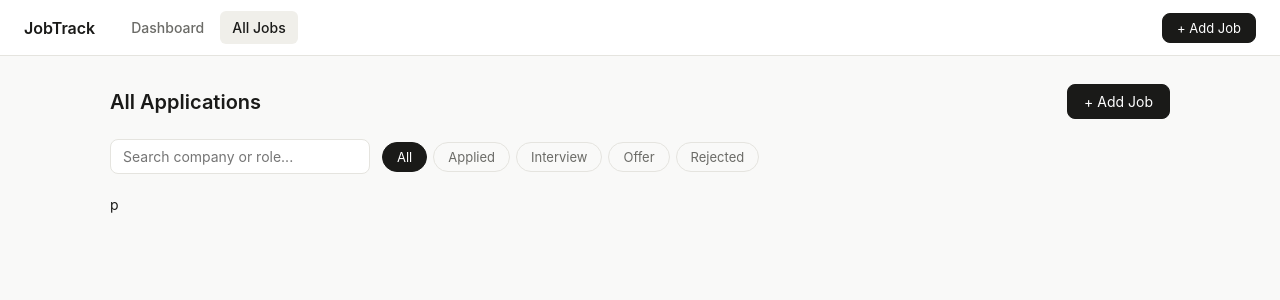
Repository: adtm0/jobtracker
Page: /jobs (app in frontend/)
The author's editor kept a copy of each file at every save. The page is drawn from the files as they stood at one save, then again after a run of saves.
The browser window is 1280 px wide. The pictures show the whole page.
The project was rebuilt for these pictures with package versions that can differ from the ones it lists, and the page was loaded fresh each time. Also part of the build but not shown: frontend/vite.config.js, frontend/src/pages/Login.jsx, frontend/src/pages/Register.jsx, frontend/src/pages/Dashboard.jsx, frontend/src/pages/JobForm.jsx.

Above is the page before, as saved 2026-04-19 20:20:43.

### frontend/src/main.jsx
import { StrictMode } from "react";
import React from "react";
import ReactDOM from 'react-dom/client'
import { BrowserRouter } from 'react-router-dom'
import { createRoot } from "react-dom/client";
import "./index.css";
import App from "./App.jsx";

createRoot(document.getElementById("root")).render(
  <StrictMode>
    <BrowserRouter>
      <App />
    </BrowserRouter>
  </StrictMode>,
);

### frontend/src/index.css
*, *::before, *::after {
  box-sizing: border-box;
  margin: 0;
  padding: 0;
}

body {
  font-family: -apple-system, BlinkMacSystemFont, 'Segoe UI', sans-serif;
  background: #f9f9f8;
  color: #1a1a18;
  font-size: 14px;
  line-height: 1.5;
}

main {
  max-width: 1100px;
  margin: 0 auto;
  padding: 28px 20px;
}

input, select, textarea {
  width: 100%;
  padding: 8px 12px;
  border: 1px solid #e5e4df;
  border-radius: 8px;
  font-size: 14px;
  font-family: inherit;
  outline: none;
}

input:focus, select:focus, textarea:focus {
  border-color: #185FA5;
}

button {
  cursor: pointer;
  font-family: inherit;
  font-size: 14px;
  border-radius: 8px;
  border: 1px solid #e5e4df;
  background: #fff;
  padding: 8px 16px;
}

button:hover {
  background: #f9f9f8;
}

.btn-primary {
  background: #1a1a18;
  color: #fff;
  border-color: #1a1a18;
}

.btn-primary:hover {
  background: #333;
}

label {
  display: block;
  font-size: 12px;
  font-weight: 500;
  color: #6b6b67;
  margin-bottom: 5px;
}

### frontend/src/App.jsx
import {Routes, Route} from 'react-router-dom'
import Login from './pages/Login'
import Register from './pages/Register'
import Dashboard from './pages/Dashboard'
import Jobs from './pages/Jobs'
import JobForm from './pages/JobForm'
import Navbar from './components/Navbar'

function Layout({ children }) {
  return (
    <>
      <Navbar />
      <main>
        {children}
      </main>
    </>
  );
}

function App() {

  return (
    <Routes>
      <Route path='/login' element={<Login />} />
      <Route path='/register' element={<Register />} />
      <Route path='/dashboard' element={<Layout><Dashboard /></Layout>} />
      <Route path='/jobs' element={<Layout><Jobs /></Layout>} />
      <Route path='/jobs/new' element={<Layout><JobForm /></Layout>} />
    </Routes>
  )
}

export default App

### frontend/src/pages/Jobs.jsx
import { useState } from "react";
import { Link } from "react-router-dom";

const STATUSES = ["all", "applied", "interview", "offer", "rejected"];

const MOCK_JOBS = [
  {
    id: 1,
    company: "Stripe",
    role: "Frontend Engineer",
    status: "applied",
    date_applied: "2026-04-14",
    notes: "Referral from Jane",
  },
  {
    id: 2,
    company: "Notion",
    role: "Software Engineer",
    status: "interview",
    date_applied: "2026-04-08",
    notes: "Technical round next week",
  },
  {
    id: 3,
    company: "Anthropic",
    role: "Software Engineer",
    status: "offer",
    date_applied: "2026-03-30",
    notes: "Deadline Apr 25",
  },
  {
    id: 4,
    company: "Apple",
    role: "iOS Engineer",
    status: "rejected",
    date_applied: "2026-03-20",
    notes: "",
  },
];

const BADGE_COLORS = {
  applied: { bg: "#E6F1FB", color: "#185FA5" },
  interview: { bg: "#FAEEDA", color: "#854F0B" },
  offer: { bg: "#EAF3DE", color: "#3B6D11" },
  rejected: { bg: "#FCEBEB", color: "#A32D2D" },
};
export default function Jobs() {
  const [filter, setFilter] = useState("all");
  const [search, setSearch] = useState("");

  const filtered = MOCK_JOBS.filter(
    (j) => filter === "all" || j.status === filter,
  ).filter(
    (j) =>
      j.company.toLowerCase().includes(search.toLowerCase()) ||
      j.role.toLowerCase().includes(search.toLowerCase()),
  );

  return (
    <div>
      <div
        style={{
          display: "flex",
          justifyContent: "space-between",
          alignItems: "center",
          marginBottom: 20,
        }}
      >
        <h2 style={{ fontSize: 20, fontWeight: 600 }}>All Applications</h2>
        <Link to="/jobs/new" style={{ textDecoration: "none" }}>
          <button className="btn-primary">+ Add Job</button>
        </Link>
      </div>

      {/*search and filters */}
      <div
        style={{
          display: "flex",
          gap: 12,
          marginBottom: 20,
          alignItems: "center",
        }}
      >
        <input
          placeholder="Search company or role..."
          value={search}
          onChange={(e) => setSearch(e.target.value)}
          style={{ maxWidth: 260 }}
        />
        <div style={{ display: "flex", gap: 6 }}>
          {STATUSES.map((s) => (
            <button
              key={s}
              onClick={() => setFilter(s)}
              style={{
                padding: "6px 14px",
                borderRadius: 20,
                fontSize: 13,
                border: "1px solid",
                borderColor: filter === s ? "#1a1a18" : "#e5e4df",
                background: filter === s ? "#1a1a18" : "transparent",
                color: filter === s ? "#fff" : "#6b6b67",
              }}
            >
              {s.charAt(0).toUpperCase() + s.slice(1)}
            </button>
          ))}
        </div>
      </div>

      {/* job list */}
      {filtered.length === 0 ? (
        <div
          style={{
            textAlign: "center",
            padding: "60px 20px",
            color: "#9d9d99",
          }}
        >
          <p style={{ fontSize: 16, marginBottom: 6 }}>No applications found</p>
          <p>Try adjusting your filters</p>
        </div>
      ) : (
        <div style={{display: 'flex', flexDirection: 'column',gap: 8}}>
          p
        </div>
      )}
    </div>
  );
}

### frontend/src/components/Navbar.jsx
import { NavLink } from "react-router-dom";

export default function Navbar() {
  return (
    <nav
      style={{
        background: "#fff",
        borderBottom: "1px solid #e5e4df",
        padding: "0 24px",
        height: 56,
        display: "flex",
        alignItems: "center",
        justifyContent: "space-between",
        position: "sticky",
        top: 0,
        zIndex: 100,
      }}
    >
      <div style={{ display: "flex", alignItems: "center", gap: 4 }}>
        <span style={{ fontWeight: 600, fontSize: 16, marginRight: 20 }}>
          JobTrack
        </span>
        <NavLink to="/dashboard" style={linkStyle}>
          Dashboard
        </NavLink>
        <NavLink to="/jobs" style={linkStyle}>
          All Jobs
        </NavLink>
      </div>
      <NavLink to="/jobs/new" style={{ textDecoration: "none" }}>
        <button
          className="btn-primary"
          style={{ fontSize: 13, padding: "6px 14px" }}
        >
          + Add Job
        </button>
      </NavLink>
    </nav>
  );
}

const linkStyle = ({ isActive }) => ({
  textDecoration: "none",
  fontSize: 14,
  fontWeight: 500,
  padding: '6px 12px',
  borderRadius: 6,
  color: isActive ? '#1a1a18' : '#6b6b67',
  background: isActive ? '#f0efea' : 'transparent'
});

After the next 5 saves:
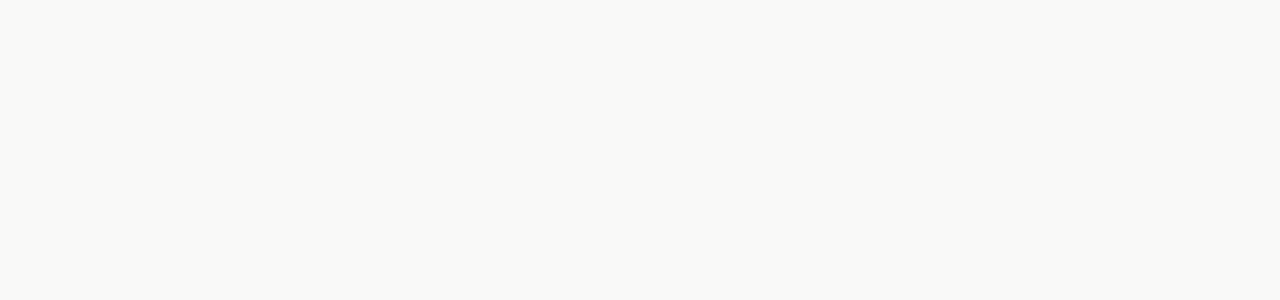
Console error: ReferenceError: job is not defined
The 5 saves are shown as one change because they came seconds apart.
The last was saved 17 s later.
--- a/frontend/src/pages/Jobs.jsx
+++ b/frontend/src/pages/Jobs.jsx
@@ -122,7 +122,7 @@
         </div>
       ) : (
         <div style={{display: 'flex', flexDirection: 'column',gap: 8}}>
-          p
+          {filtered.map(job)}
         </div>
       )}
     </div>

After the 4 saves that followed:
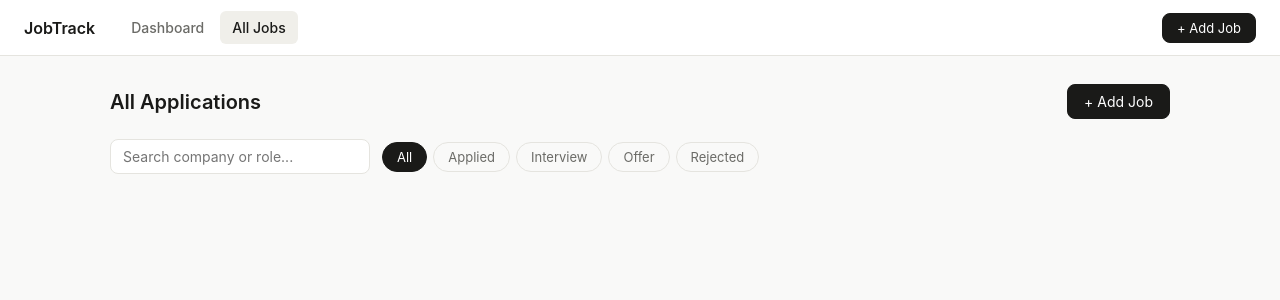
The error is gone.
The 4 saves are shown as one change because 1 did not build or start and some came seconds apart.
The last was saved 15 s later.
--- a/frontend/src/pages/Jobs.jsx
+++ b/frontend/src/pages/Jobs.jsx
@@ -122,7 +122,9 @@
         </div>
       ) : (
         <div style={{display: 'flex', flexDirection: 'column',gap: 8}}>
-          {filtered.map(job)}
+          {filtered.map(job => (
+            <div></div>
+          ))}
         </div>
       )}
     </div>
